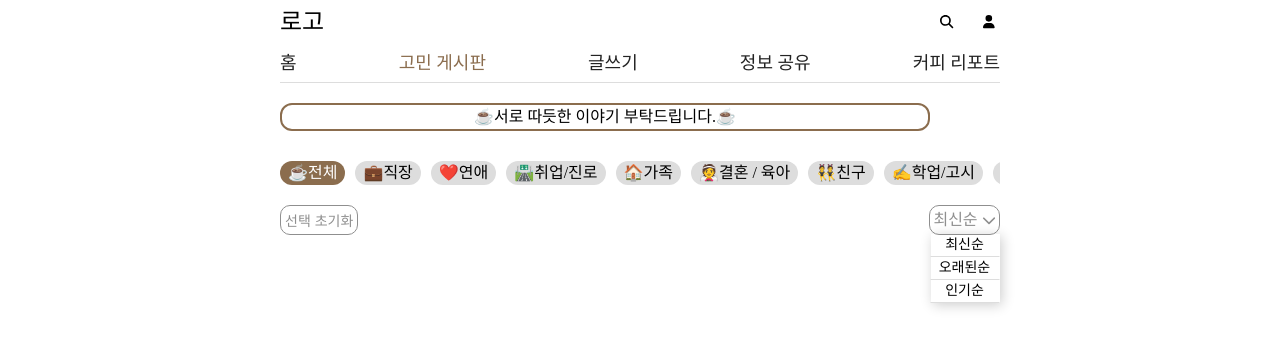
Repository: zlazlazla35/coffee
Page: /list
An editor plug-in stored every save of this project. The page is shown before and after the next save, followed by the edit.
The browser window is 1280 px wide. The pictures show the whole page.
Some web fonts or font styles are not loaded; a fallback is used. The project was rebuilt for these pictures with package versions that can differ from the ones it lists, and the page was loaded fresh each time. The framework's server and built-in components were replaced by stand-ins that run in the browser. Also part of the build but not shown: next.config.mjs.

Above is the page before, as saved 2024-12-26 18:34:00.

After the next save:
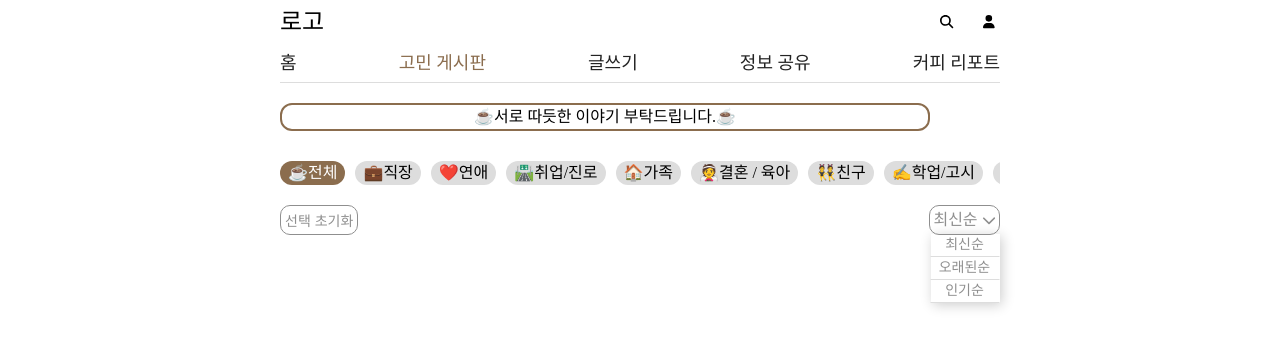
Saved 8 s later.
--- a/src/app/globals.css
+++ b/src/app/globals.css
@@ -82,7 +82,7 @@ a {text-decoration: none; color: inherit;}
 .liset_page .filterBox .filterSelectBox .title svg {font-size: 14px; margin-left: 4px;}
 .liset_page .filterBox .filterSelectBox .filterSelect {position: absolute; left: 50%; top: 28px; width: 100%; transform: translateX(-50%);}
 .liset_page .filterBox .filterSelectBox .filterSelect {width: 100%; box-shadow: 2px 2px 12px rgba(0, 0, 0, 0.2);}
-.liset_page .filterBox .filterSelectBox .filterSelect li {width: 100%; text-align: center; box-sizing: border-box; padding: 4px 0; border-bottom: 1px solid #ddd; font-size: 14px;}
+.liset_page .filterBox .filterSelectBox .filterSelect li {width: 100%; text-align: center; box-sizing: border-box; padding: 4px 0; border-bottom: 1px solid #ddd; font-size: 14px; color: #8f8f8f;}
 
 
 .liset_page .filterBox .tag_reset{display: inline-block; box-sizing: border-box; padding: 4px; border: 1px solid #8f8f8f; background: none; color: #8f8f8f; font-size: 14px; border-radius: 10px;}
